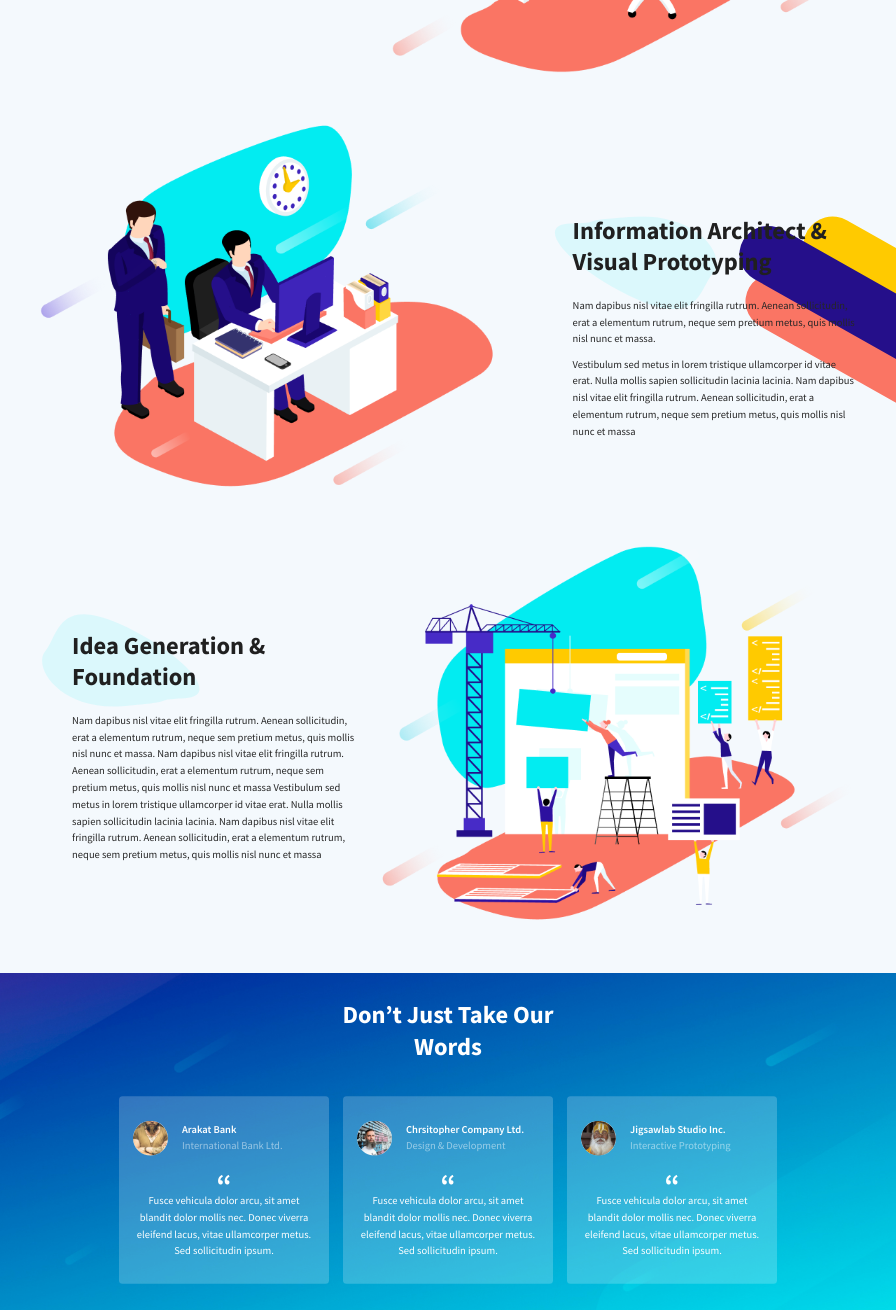
Repository: advert31337/marafon_from0to1_MartaUP
Page: index.html
These files come from the project's save history. The page is drawn as it stood at one moment and after the next save; the edit follows.
The browser window is 1280 px wide. The pictures show the part of the page from y = 1850 to 3770 px (the page is 3722 px tall before and 3770 px after), at 70% of full size.

Above is the page before, as saved 2020-03-08 11:55:08.

### index.html
<!DOCTYPE html>
<html lang="en">

<head>
    <meta charset="UTF-8">
    <meta name="viewport" content="width=device-width, initial-scale=1.0">
    <title>Marafon MartaUP</title>
    <link href="https://fonts.googleapis.com/css?family=Source+Sans+Pro:400,600,700&display=swap" rel="stylesheet">
    <link rel="stylesheet" href="css/reset.css">
    <link rel="stylesheet" href="css/slick.css">
    <link rel="stylesheet" href="css/style.css">
</head>

<body>
    <header class="header">

        <div class="container">
            <div class="header__top">

                <div class="logo">
                    <a href="#!">+
                        <img src="images/logo.svg" alt="">
                    </a>
                </div>

                <nav class="menu">
                    <ul class="menu__list">
                        <li><a class="menu__list-item" href="#">home</a></li>
                        <li><a class="menu__list-item" href="#">work</a></li>
                        <li><a class="menu__list-item" href="#">about</a></li>
                        <li><a class="menu__list-item" href="#">contact</a></li>
                    </ul>
                </nav>

                <div class="header-btn">
                    <a class="login" href="#">login</a>
                    <a class="sign-up" href="#">sign up</a>
                </div>

            </div>

            <div class="header-slider">
                <div class="header-slider__item">
                    <div class="header-slider__item-content">

                        <div class="header-slider__item-info">
                            <h3 class="header-slider__title">
                                We Build Apps & Websites
                                for Your Business
                            </h3>
                            <div class="header-slider__description">
                                For startups, For businesses & For you
                            </div>
                            <a href="" class="header-slider__btn">Request a quote</a>
                        </div>

                        <div class="header-slider__item-images">
                            <img src="images/slider-img.png" alt="">
                        </div>
                    </div>
                </div>


                <div class="header-slider__item">
                    <div class="header-slider__item-content">

                        <div class="header-slider__item-info">
                            <h3 class="header-slider__title">
                                We Build Apps & Websites
                                for Your Business
                            </h3>
                            <div class="header-slider__description">
                                For startups, For businesses & For you
                            </div>
                            <a href="" class="header-slider__btn">Request a quote</a>
                        </div>

                        <div class="header-slider__item-images">
                            <img src="images/slider-img.png" alt="">
                        </div>
                    </div>
                </div>


                <div class="header-slider__item">
                    <div class="header-slider__item-content">

                        <div class="header-slider__item-info">
                            <h3 class="header-slider__title">
                                We Build Apps & Websites
                                for Your Business
                            </h3>
                            <div class="header-slider__description">
                                For startups, For businesses & For you
                            </div>
                            <a href="" class="header-slider__btn">Request a quote</a>
                        </div>

                        <div class="header-slider__item-images">
                            <img src="images/slider-img.png" alt="">
                        </div>
                    </div>
                </div>


                <div class="header-slider__item">
                    <div class="header-slider__item-content">

                        <div class="header-slider__item-info">
                            <h3 class="header-slider__title">
                                We Build Apps & Websites
                                for Your Business
                            </h3>
                            <div class="header-slider__description">
                                For startups, For businesses & For you
                            </div>
                            <a href="" class="header-slider__btn">Request a quote</a>
                        </div>

                        <div class="header-slider__item-images">
                            <img src="images/slider-img.png" alt="">
                        </div>
                    </div>
                </div>


                <div class="header-slider__item">
                    <div class="header-slider__item-content">

                        <div class="header-slider__item-info">
                            <h3 class="header-slider__title">
                                We Build Apps & Websites
                                for Your Business
                            </h3>
                            <div class="header-slider__description">
                                For startups, For businesses & For you
                            </div>
                            <a href="" class="header-slider__btn">Request a quote</a>
                        </div>

                        <div class="header-slider__item-images">
                            <img src="images/slider-img.png" alt="">
                        </div>
                    </div>
                </div>
            </div>

        </div>

    </header>

    <section class="specialised">
        <div class="container">
            <div class="specialised__title title">
                We are specialised in
            </div>
            <div class="specialised__items">
                <div class="specialised__item">
                    <div class="specialised__item-img">
                        <img src="images/specialise-1.svg" alt="">
                    </div>

                    <div class="specialise__item-title">
                        UI/UX Design
                    </div>
                    <div class="specialise__item-text">
                        In hac habitasse platea dictumstmus adipiscing fermentum quam volutpat aliquam. Integer cilisis tristique.
                    </div>
                </div>
                <div class="specialised__item">
                    <div class="specialised__item-img">
                        <img src="images/specialise-2.svg" alt="">
                    </div>
                    <div class="specialise__item-title">
                        Web Development
                    </div>
                    <div class="specialise__item-text">
                        In hac habitasse platea dictumstmus adipiscing fermentum quam volutpat aliquam. Integer cilisis tristique.
                    </div>
                </div>
                <div class="specialised__item">
                    <div class="specialised__item-img">
                        <img src="images/specialise-3.svg" alt="">
                    </div>
                    <div class="specialise__item-title">
                        App Development
                    </div>
                    <div class="specialise__item-text">
                        In hac habitasse platea dictumstmus adipiscing fermentum quam volutpat aliquam. Integer cilisis tristique.
                    </div>
                </div>
            </div>
        </div>
    </section>

    <section class="advantages">
        <div class="container">

            <div class="advantages-box">
                <div class="advantages-box__info">
                    <div class="advantages-box__title">
                        Experienced Designers & Developers
                    </div>
                    <div class="advantages-box__text">
                        <p>
                            Nam dapibus nisl vitae elit fringilla rutrum. Aenean sollicitudin, erat a elementum rutrum, neque sem pretium metus, quis mollis nisl nunc et massa.
                        </p>
                        <p>
                            Vestibulum sed metus in lorem tristique ullamcorper id vitae erat.
                        </p>
                    </div>
                </div>

                <div class="advantages-box__img">
                    <img src="images/advantages-1.png" alt="">
                </div>
            </div>

            <div class="advantages-box advantages-box--right">
                <div class="advantages-box__info">
                    <div class="advantages-box__title">
                        Information Architect &
                        Visual Prototyping
                    </div>
                    <div class="advantages-box__text">
                        <p>
                            Nam dapibus nisl vitae elit fringilla rutrum. Aenean sollicitudin, erat a elementum rutrum, neque sem pretium metus, quis mollis nisl nunc et massa.
                        </p>
                        <p>
                            Vestibulum sed metus in lorem tristique ullamcorper id vitae erat. Nulla mollis sapien sollicitudin lacinia lacinia. Nam dapibus nisl vitae elit fringilla rutrum. Aenean sollicitudin, erat a elementum rutrum, neque sem pretium metus, quis mollis nisl nunc et massa
                        </p>
                    </div>
                </div>
                <div class="advantages-box__img">
                    <img src="images/advantages-2.png" alt="">
                </div>
            </div>

            <div class="advantages-box">
                <div class="advantages-box__info advantages-box__info--bg">
                    <div class="advantages-box__title">
                        Idea Generation & Foundation
                    </div>
                    <div class="advantages-box__text">
                        <p>
                            Nam dapibus nisl vitae elit fringilla rutrum. Aenean sollicitudin, erat a elementum rutrum, neque sem pretium metus, quis mollis nisl nunc et massa. Nam dapibus nisl vitae elit fringilla rutrum. Aenean sollicitudin, erat a elementum rutrum, neque sem pretium metus, quis mollis nisl nunc et massa    Vestibulum sed metus in lorem tristique ullamcorper id vitae erat. Nulla mollis sapien sollicitudin lacinia lacinia. Nam dapibus nisl vitae elit fringilla rutrum. Aenean sollicitudin, erat a elementum rutrum, neque sem pretium metus, quis mollis nisl nunc et massa
                        </p>
                    </div>
                </div>

                <div class="advantages-box__img">
                    <img src="images/advantages-3.png" alt="">
                </div>
            </div>
        </div>
    </section>

    <section class="reviews">
        <div class="container">
            <div class="reviews__title title">
                Don’t Just Take Our Words
            </div>
            <div class="reviews__items">

                <div class="reviews__item">
                    <div class="reviews__item-head">
                        <img src="images/rev-1.jpg" alt="">
                        <div class="reviews__item-info">
                            <div class="reviews__item-name">
                                Arakat Bank
                            </div>
                            <div class="reviews__item-position">
                                International Bank Ltd.
                            </div>
                        </div>
                    </div>
                    <div class="reviews__item-text">
                        Fusce vehicula dolor arcu, sit amet blandit dolor mollis nec. Donec viverra eleifend lacus, vitae ullamcorper metus. Sed sollicitudin ipsum.
                    </div>
                </div>

                <div class="reviews__item">
                    <div class="reviews__item-head">
                        <img src="images/rev-2.jpg" alt="">
                        <div class="reviews__item-info">
                            <div class="reviews__item-name">
                                Chrsitopher Company Ltd.
                            </div>
                            <div class="reviews__item-position">
                                Design & Development
                            </div>
                        </div>
                    </div>
                    <div class="reviews__item-text">
                        Fusce vehicula dolor arcu, sit amet blandit dolor mollis nec. Donec viverra eleifend lacus, vitae ullamcorper metus. Sed sollicitudin ipsum.
                    </div>
                </div>

                <div class="reviews__item">
                    <div class="reviews__item-head">
                        <img src="images/rev-3.jpg" alt="">
                        <div class="reviews__item-info">
                            <div class="reviews__item-name">
                                Jigsawlab Studio Inc.
                            </div>
                            <div class="reviews__item-position">
                                Interactive Prototyping
                            </div>
                        </div>
                    </div>
                    <div class="reviews__item-text">
                        Fusce vehicula dolor arcu, sit amet blandit dolor mollis nec. Donec viverra eleifend lacus, vitae ullamcorper metus. Sed sollicitudin ipsum.
                    </div>
                </div>

            </div>
        </div>
    </section>

    <footer>
        <div class="container">
            <div class="footer__inner">
                <div class="footer__link">
                    <a href="#"></a>
                    <a href="#"></a>
                    <a href="#"></a>
                </div>
                <div class="footer__copy">

                </div>
            </div>
        </div>
    </footer>


    <script src="https://ajax.googleapis.com/ajax/libs/jquery/3.4.1/jquery.min.js"></script>
    <script src="js/slick.min.js"></script>
    <script src="js/main.js"></script>
</body>

</html>

### css/style.css
*{
    box-sizing: border-box;
}

body {
    font-family: 'Source Sans Pro', sans-serif;
    font-size: 15px;
    line-height: 24px;
}

a {
    text-decoration: none;
    color: inherit;
}
.header {
    background-image: url('../images/header-bg.jpg');
    min-height: 793px;
    background-repeat: no-repeat;
    background-size: cover;
    background-position: top center;
}

.container {
    max-width: 1200px;
    margin: 0 auto;
    padding: 0 15px 0 15px;

}

.header__top {
    display: flex;
    justify-content: space-between;
    height: 100px;
    align-items: center;
}

.menu__list {
    display: flex;
}

.menu__list li + li {
    padding-left: 50px;

}

.login {
    margin-right: 44px;
    color: #fff;
    text-transform: uppercase;
    font-weight: 600;
}

.menu__list a{
    opacity: 0.5;
    color: #fff;
    font-weight: 600;
    text-transform: uppercase;
    transition: all 0.5s;
}

.menu__list a:hover {
    opacity: 1;
}

.sign-up {
    text-transform: uppercase;
    color: #250f8a;
    font-weight: 600;
    background-color: #fff;
    padding: 8px 43px;
    border-radius: 20px;

}

.header-slider {
    padding-top: 111px;
}
.header-slider__item {

}
.header-slider__item-content {
    display: flex;
    justify-content: space-between;
}
.header-slider__item-info {
    max-width: 506px;
    color:#fff;
}
.header-slider__title {
    font-weight: 700;
    font-size: 45px;
    line-height: 60px;
    margin-bottom: 10px;
}
.header-slider__description {
    line-height: 55px;
    font-size: 24px;
    margin-bottom: 60px;
}
.header-slider__btn {
    font-weight: 600;
    text-transform: uppercase;
    color: #250F8A;
    padding: 13px 39px;
    background-color: #FFCA00;
    border-radius: 25px;
}
.header-slider__item-images {
    margin: 10px 82px 0 0;
}

.header-dots{
    list-style: none;
    position: absolute;
    right: 0;
    top: 50%;
}

.header-dots button {
    border: none;
    background-color: #fff;
    opacity: 0.5;
    font-size: 0;
    padding: 0;
    width: 7px;
    height: 7px;
    border-radius: 3.5px;
    cursor: pointer;
    outline: none;
    margin: 10px auto;
    display: block;
}

.header-dots .slick-active button{
    width: 15px;
    opacity: 1;
}

.specialised{
    padding: 55px 0 93px;
    background-image: url(../images/special-bg.svg);
    background-position: left bottom;
    background-repeat: no-repeat;
    color: #202020;
    text-align: center;
}

.specialised__title {
    margin-bottom: 96px;
}
.title {
    font-size: 35px;
    line-height: 45px;
    font-weight: 700;
    text-align: center;
}

.specialised__items {
    display: flex;
    justify-content: space-between;
    max-width: 980px;
    margin: 0 auto;

}
.specialised__item {
    width: 280px;
}
.specialised__item-img {
    margin-bottom: 23px;
    min-height: 159px;
}
.specialise__item-title {
    margin-bottom: 11px;
    font-size: 20px;
    font-weight: 700;
}
.specialise__item-text {
   padding: 0 10px;
   color: #272727;
   opacity: 0.7;
}


.advantages {
    padding-top: 64px;
    background: #f4f9fd;
    background-image: url(../images/advantages-bg.svg);
    background-repeat: no-repeat;
    background-position: center right;
}

.advantages-box {
    display: flex;
    justify-content: space-between;
    padding-bottom: 76px;
}

 .advantages-box--right .advantages-box__info{
    order: 1;
    background-image: url(../images/title-bg-2.svg);
    background-position: 22px 130px;
}
.advantages-box__info {
    max-width: 455px;
    padding-top: 60px;
    background-image: url(../images/title-bg-1.svg);
    background-repeat: no-repeat;
    background-position: 22px 76px;
}

.advantages-box__info--bg{
    background-image: url(../images/title-bg-3.svg);
    background-position: 5px 105px;
}


.advantages-box__title {
    color: #202020;
    font-size: 35px;
    line-height: 45px;
    font-weight: 700;
    padding: 68px 0 15px 48px;

}
.advantages-box__text {
    padding-left: 48px;
    color: #272727;
}

.advantages-box__text p{
    margin: 12px 0;
}
.advantages-box__img {
}


.reviews {
    background-image: url(../images/reviews-bg.jpg);
    background-repeat: no-repeat;
    background-position: top center;
    background-size: cover;
    padding: 38px 53px;
}

.reviews__title {
    color: #fff;
    margin: 0 auto 48px;
    max-width: 384px;
}
.reviews__items {
    max-width: 940px;
    margin: 0 auto;
    display: flex;
    justify-content: space-between;
}
.reviews__item {
    width: 300px;
    border-radius: 5px;
    background-color: rgba(255, 255, 255, .2);
    padding: 35px 20px;
    color: #fff;
}
.reviews__item-head {
    margin-bottom: 13px;
    display: flex;
}

.reviews__item-head img{
    border-radius: 50%;
    margin-right: 20px;
}

.reviews__item-name {
    font-weight: 600;
}
.reviews__item-position {
    opacity: .5;
}
.reviews__item-text {
    text-align: center;
    padding-top: 39px;
    position: relative;
}

.reviews__item-text::before{
    content: "“";
    font-size: 40px;
    line-height: 55px;
    font-weight: 700;
    position: absolute;
    top: 0;
    left: 0;
    right: 0;
}

### js/main.js
$(function(){
    $('.header-slider').slick({
        arrows: false,
        vertical: true,
        dots: true,
        dotsClass: 'header-dots',
        autoplay: 2000,

    })
})

Loaded but not shown: css/reset.css (common file); css/slick.css (common file); js/slick.min.js (library)

After the next save:
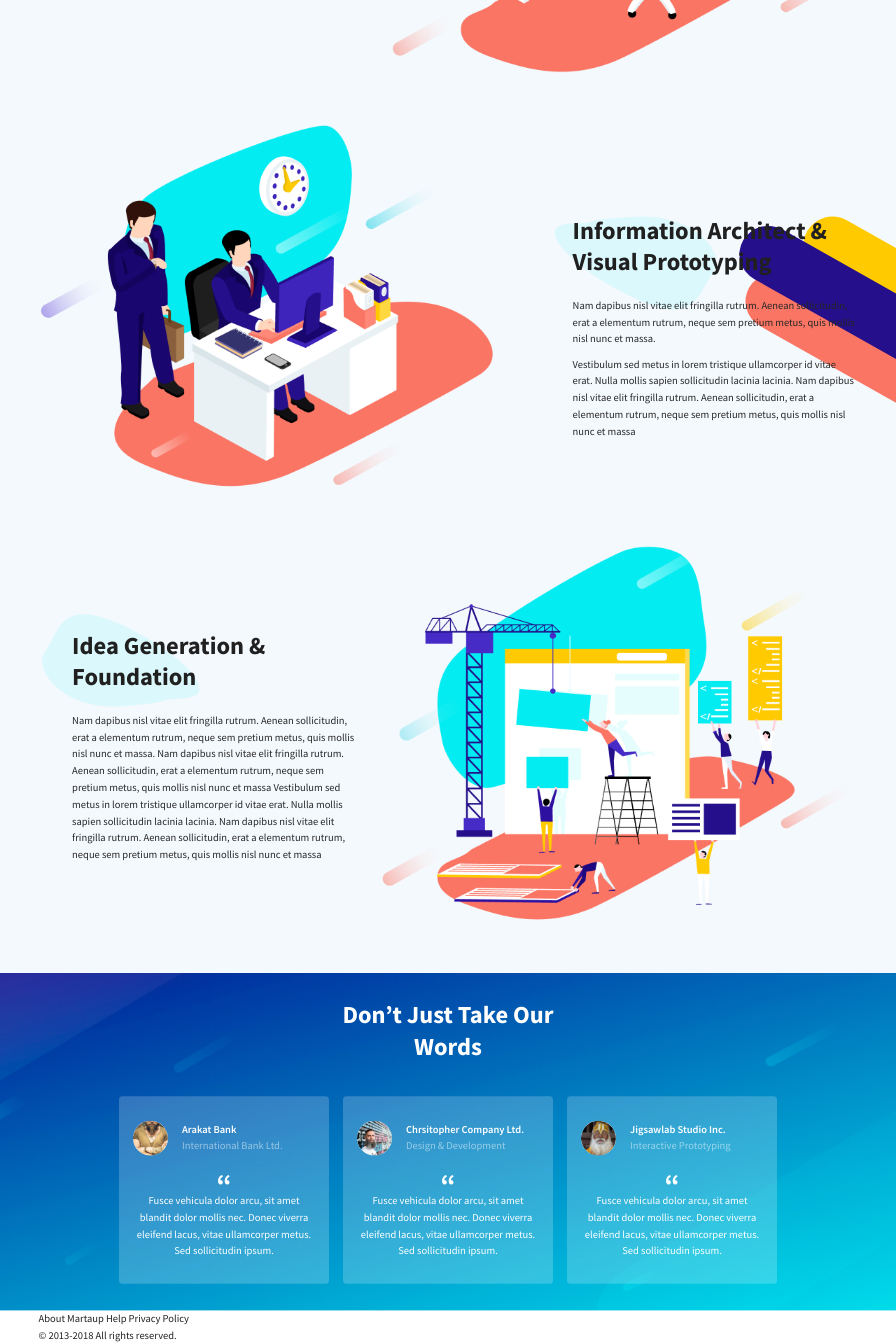
Saved 48 s later.
--- a/index.html
+++ b/index.html
@@ -321,12 +321,12 @@
         <div class="container">
             <div class="footer__inner">
                 <div class="footer__link">
-                    <a href="#"></a>
-                    <a href="#"></a>
-                    <a href="#"></a>
+                    <a href="#">About Martaup</a>
+                    <a href="#">Help</a>
+                    <a href="#">Privacy Policy</a>
                 </div>
                 <div class="footer__copy">
-
+                    © 2013-2018 All rights reserved.
                 </div>
             </div>
         </div>
